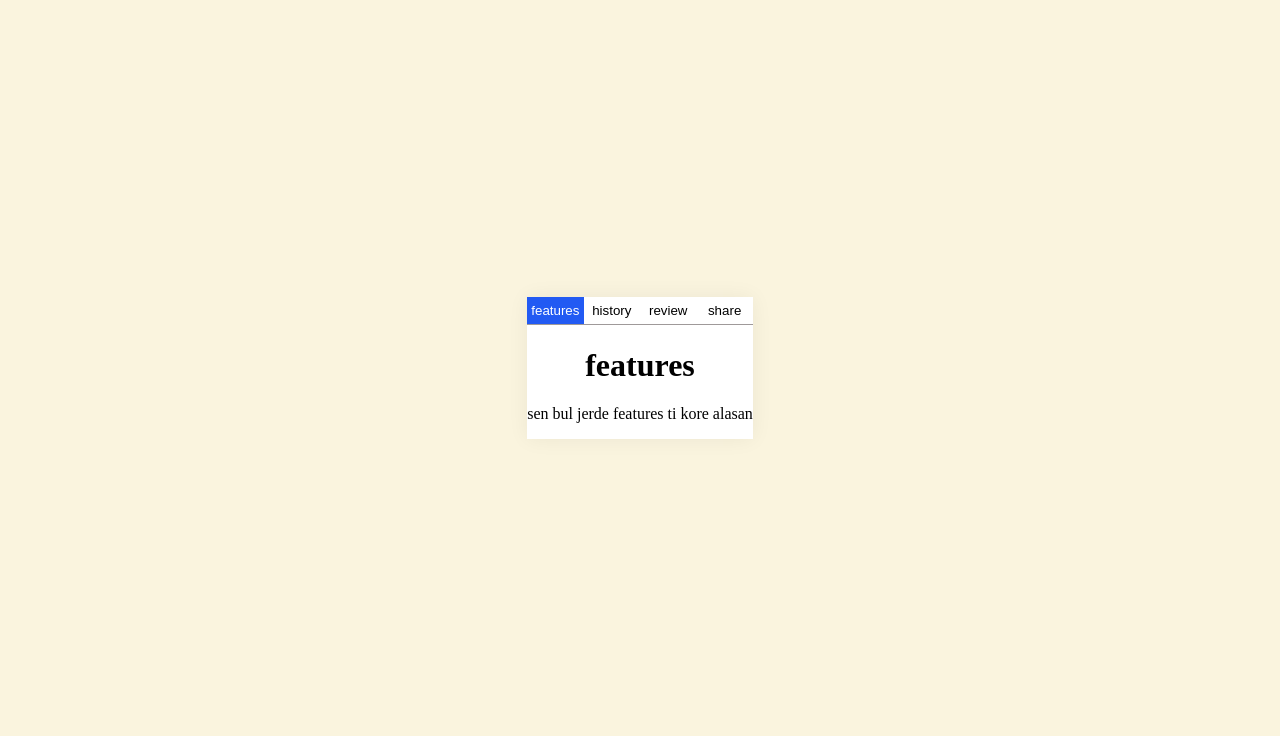
Repository: atamuratov777/info-about-me
Page: index.html
An editor plug-in stored every save of this project. The page is shown before and after the next save, followed by the edit.
The browser window is 1280 px wide. The pictures show the whole page.

Above is the page before, as saved 2026-05-26 16:28:03.

After the next save:
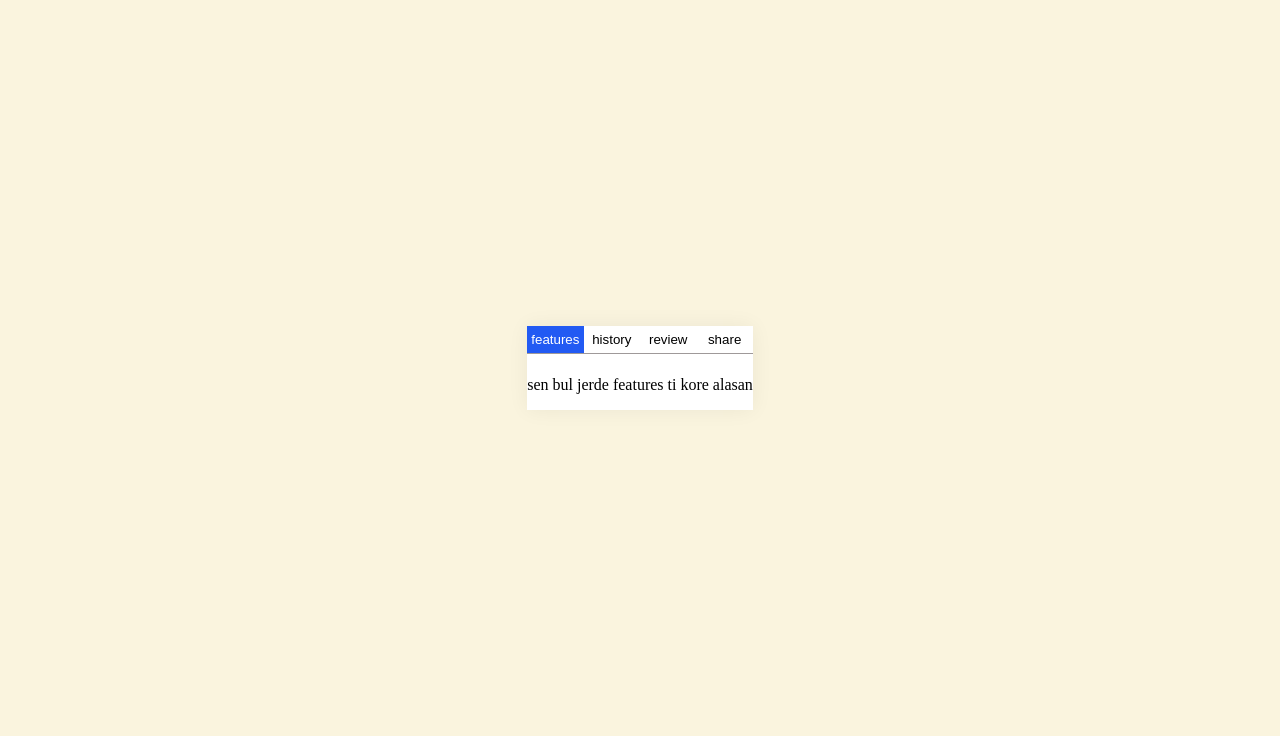
Saved 24 days later.
--- a/index.html
+++ b/index.html
@@ -21,7 +21,7 @@
 
         <div class="card_bottom">
             <div class="text1 active">
-                <h1>features</h1>
+                <h1></h1>
                 <p>sen bul jerde features ti kore alasan</p>
             </div>
 
